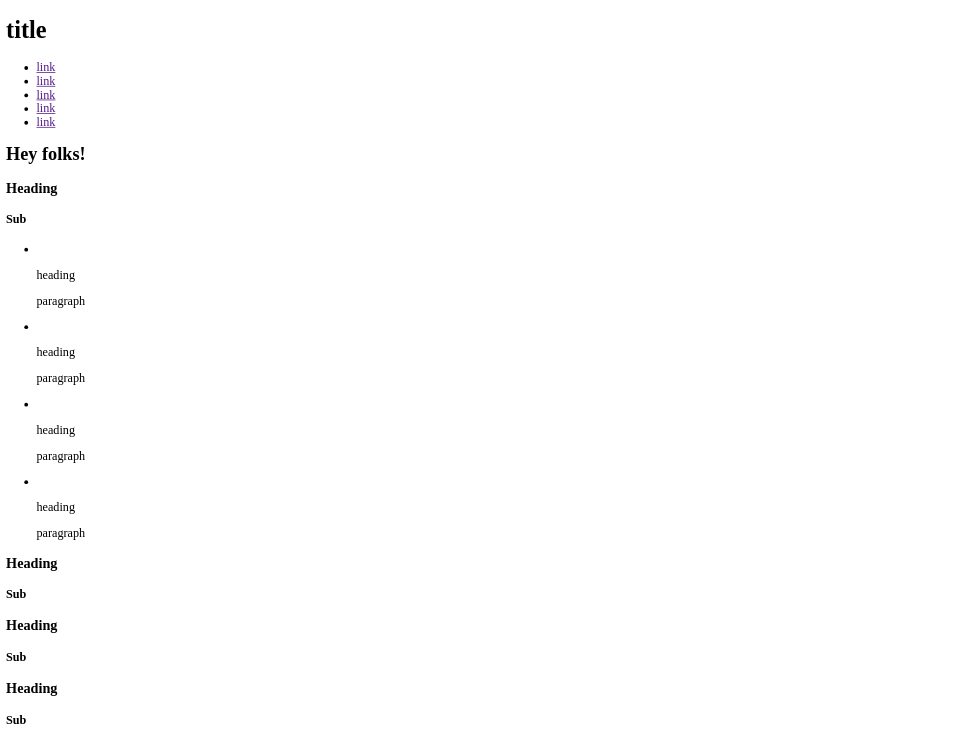
Repository: j1s00jang/MDIA-2109
Page: project.html
These files come from the project's save history. The page is drawn as it stood at one moment and after the next save; the edit follows.
The browser window is 1280 px wide. The pictures show the whole page, at 76% of full size.

Above is the page before, as saved 2025-01-20 12:09:54.

### project.html
<!DOCTYPE html>
<html lang="en">
<head>
    <meta charset="UTF-8">
    <meta name="viewport" content="width=device-width, initial-scale=1.0">
    <title>Document</title>
</head>
<body>
    <header>
        <h1>
            title
        </h1>
        <nav>
            <ul>
                <li><a href="">link</a></li>
                <li><a href="">link</a></li>
                <li><a href="">link</a></li>
                <li><a href="">link</a></li>
                <li><a href="">link</a></li>
            </ul>
        </nav>
    </header>
    <div>
        <a href=""></a>
        <a href=""></a>
        <a href=""></a>
    </div>
    <h2>Hey folks!</h2>
    <section>
        <h3>Heading</h3>
        <h4>Sub</h4>
        <div>
            <ul><li><img><p>heading</p><p>paragraph</p></li></ul>
            <ul><li><img><p>heading</p><p>paragraph</p></li></ul>
            <ul><li><img><p>heading</p><p>paragraph</p></li></ul>
            <ul><li><img><p>heading</p><p>paragraph</p></li></ul>
        </div>
    </section>
    <section>
        <h3>Heading</h3>
        <h4>Sub</h4>
    </section>    <section>
        <h3>Heading</h3>
        <h4>Sub</h4>
    </section>    <section>
        <h3>Heading</h3>
        <h4>Sub</h4>
    </section>



</body>
</html>

After the next save:
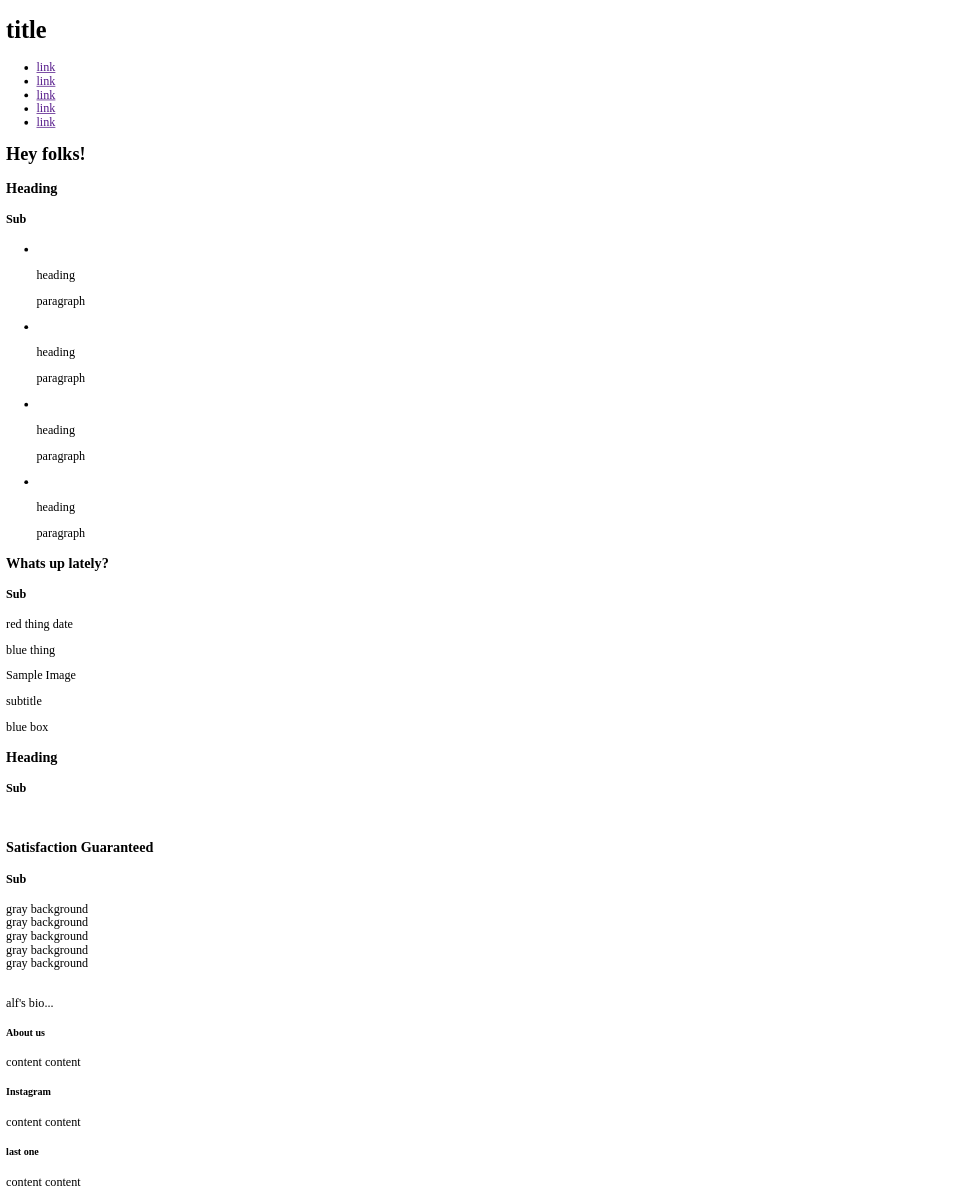
Saved 10 min 19 s later.
--- a/project.html
+++ b/project.html
@@ -20,6 +20,7 @@
             </ul>
         </nav>
     </header>
+    <main>
     <div>
         <a href=""></a>
         <a href=""></a>
@@ -37,17 +38,71 @@
         </div>
     </section>
     <section>
-        <h3>Heading</h3>
+        <h3>Whats up lately?</h3>
         <h4>Sub</h4>
+        <div>
+            <article>
+                <div>red thing date
+                    <p></p>
+                    <p></p>
+                </div>
+                <div>blue thing
+                    <div><p>Sample Image</p>
+                    <p>subtitle</p>
+                    </div>
+                    <div>blue box</div>
+                </div>
+            </article>
+        </div>
     </section>    <section>
         <h3>Heading</h3>
         <h4>Sub</h4>
+        <div><img><img><img><img><img><img></div>
     </section>    <section>
-        <h3>Heading</h3>
+        <h3>Satisfaction Guaranteed</h3>
         <h4>Sub</h4>
+        <div>
+            <div>gray background <img></div>
+            <div>gray background <img></div>
+            <div>gray background <img></div>
+            <div>gray background <img></div>
+            <div>gray background <img></div>
+        </div>
     </section>
+</main>
+    <footer>
+        <div><img><p>alf's bio...</p></div>
+        <section>
+            <section class="footer-section">
+                <h5 class="footer-section__heading footer-section__header--about">About us</h5>
+            <p>content content</p></section>
+            <section class="footer-section">
+                <h5 class="footer-section__heading footer-section__header--insta">Instagram</h5>
+            <p>content content</p></section>
+            <section class="footer-section">
+                <h5 class="footer-section__heading footer-section__header--last">last one</h5>
+            <p>content content</p></section>
+        </section>
+    </footer>
 
 
 
 </body>
 </html>
+
+
+<!--
+
+.footer__section {
+
+}
+
+.footer-section__header {
+    font-size: 16px;
+    margin-bottom: 12px;
+    font-family: verdana, sans-serif;
+}
+
+.footer-section__header--insta {
+    color: blue;
+} -->
